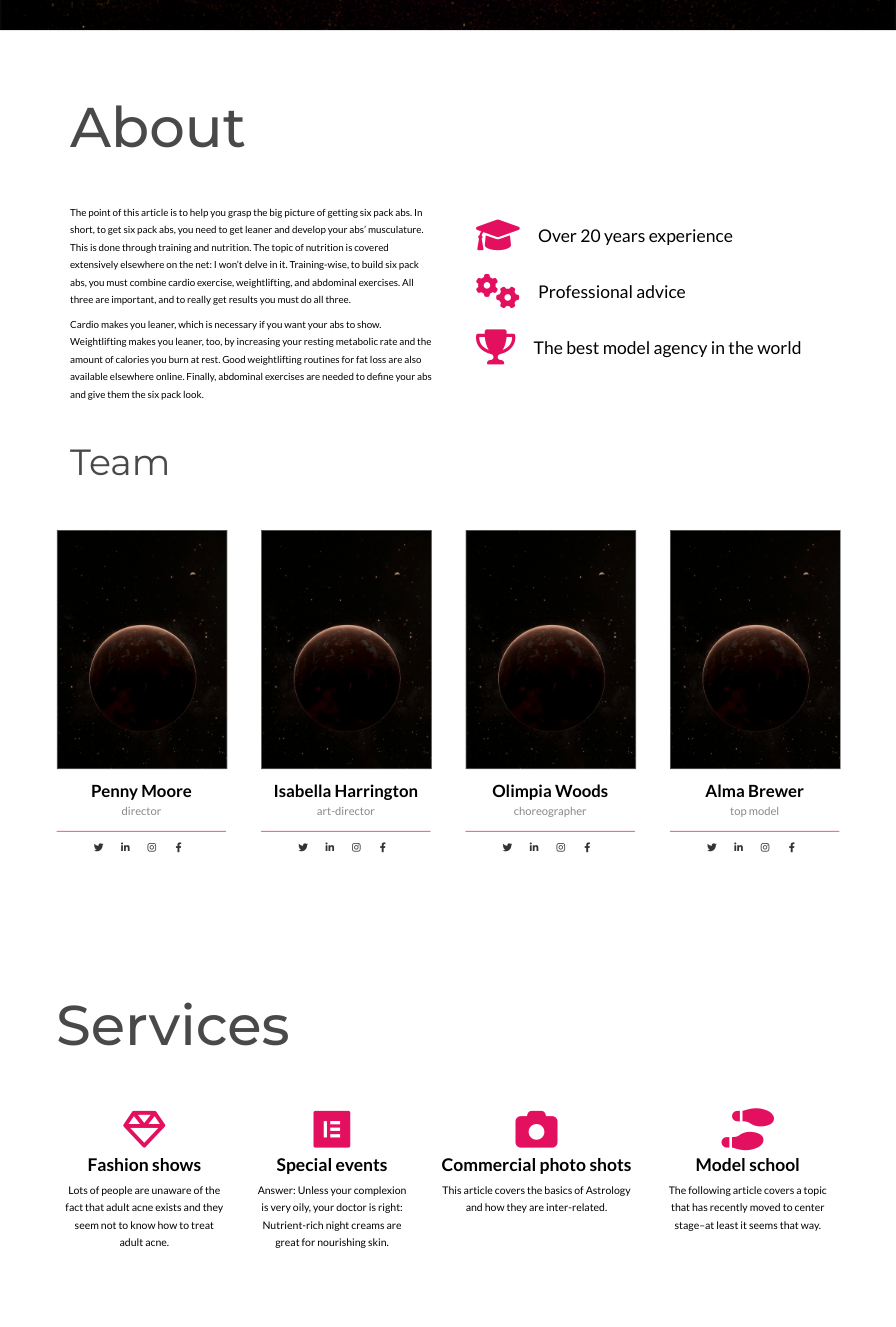
Repository: soniaarefin/cosmo
Page: index.html
The author's editor kept a copy of each file at every save. The page is drawn from the files as they stood at one save, then again after the next save.
The browser window is 1280 px wide. The pictures show the part of the page from y = 670 to 2590 px (the page is 2565 px tall before and 2590 px after), at 70% of full size.

Above is the page before, as saved 2021-11-09 21:36:59.

After the next save:
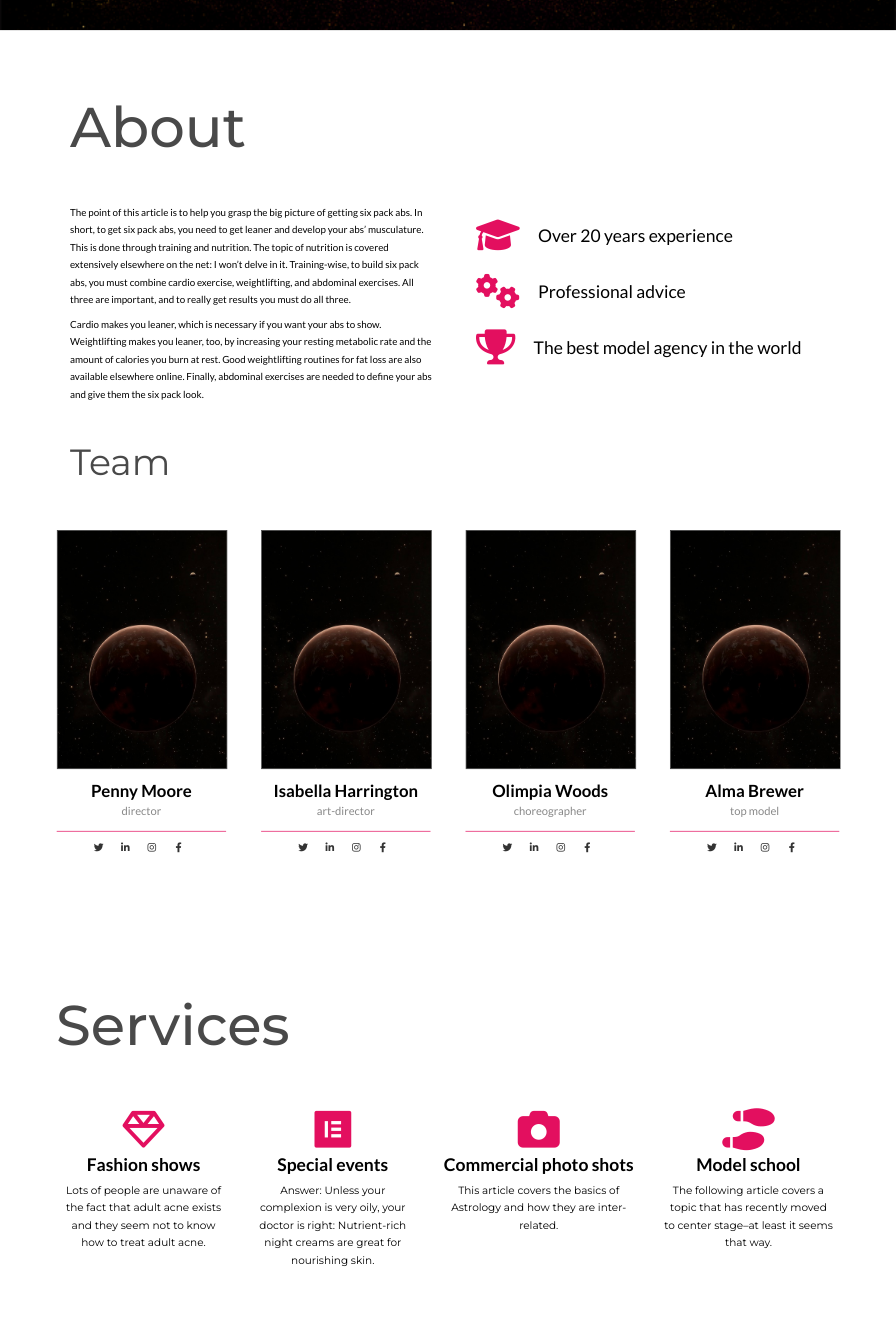
Saved 5 s later.
--- a/assets/css/style.css
+++ b/assets/css/style.css
@@ -390,7 +390,7 @@
 .service-paragraph {
     font-size: 15px;
     margin: 8px 0;
-
+    font-family: 'Montserrat', sans-serif;
 }
 .services-icon {
     margin: 0 12px;

After the save that followed:
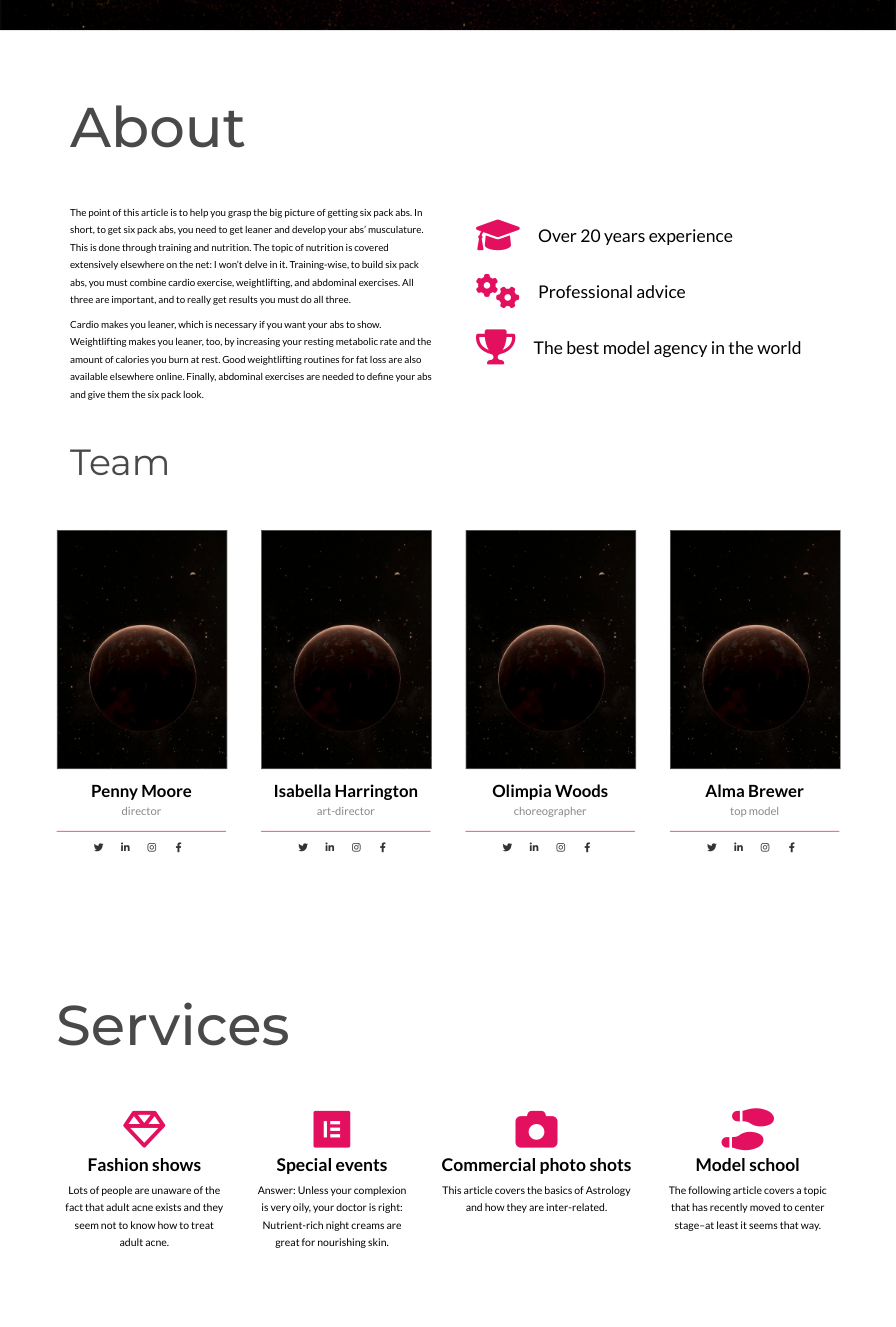
Saved 12 s later.
--- a/assets/css/style.css
+++ b/assets/css/style.css
@@ -390,7 +390,6 @@
 .service-paragraph {
     font-size: 15px;
     margin: 8px 0;
-    font-family: 'Montserrat', sans-serif;
 }
 .services-icon {
     margin: 0 12px;
